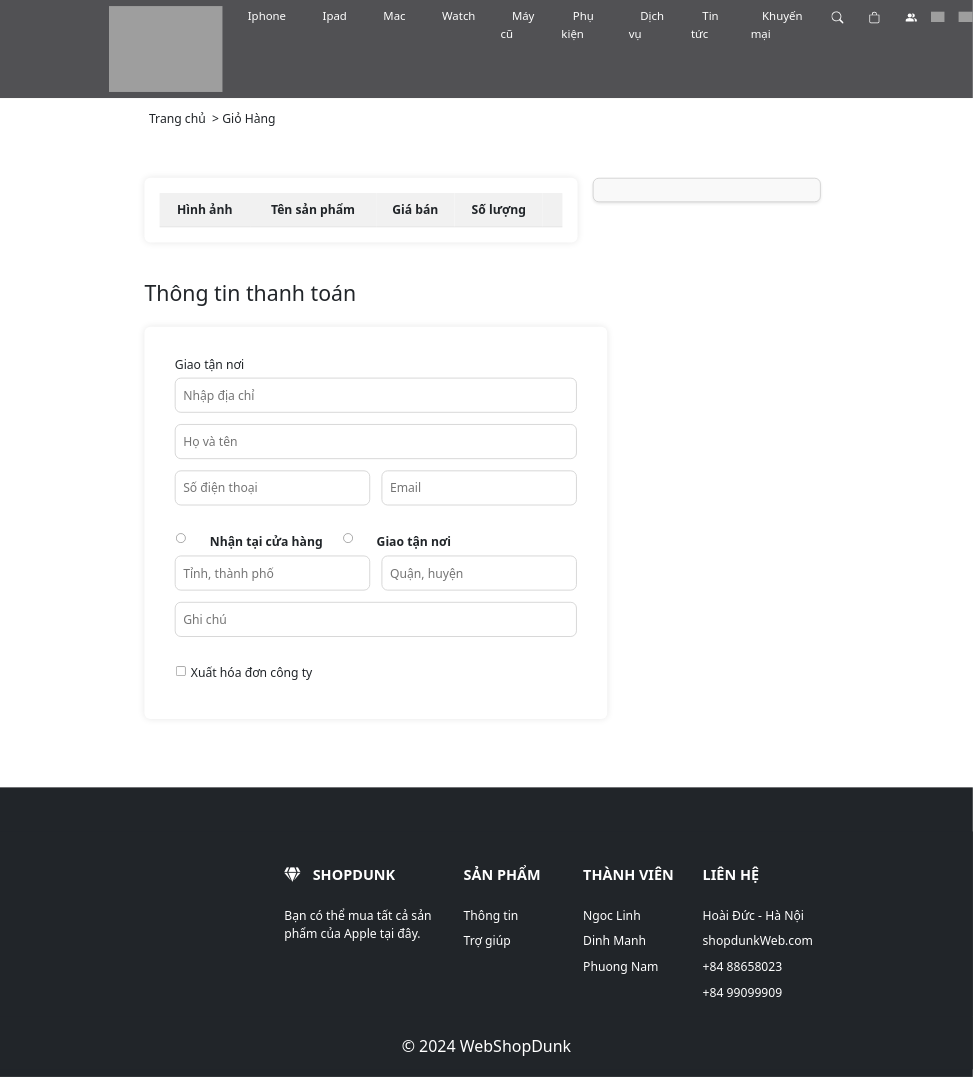
Repository: 20092004nam2k4/FE-ShopDunk
Page: /cart
The author's editor kept a copy of each file at every save. The page is drawn from the files as they stood at one save, then again after a run of saves.
The browser window is 1280 px wide. The pictures show the whole page, at 76% of full size.
Pictures or frames that could not be fetched are drawn as grey boxes. The page's requests for data from a server got no answer. The project was rebuilt for these pictures with package versions that can differ from the ones it lists, and the page was loaded fresh each time. No one was signed in, and anything a server would have sent is missing. Also part of the build but not shown: src/component/common/SlideImage.css, src/component/common/SlideImage.js, src/component/product/ProductList.js, src/component/product/ProductDetail.css, src/component/product/ProductDetail.js, src/component/user/LoginUser.js, src/component/user/UserProfile.js, src/component/user/RegistrationForm.css and 2 more.

Above is the page before, as saved 2024-06-25 16:44:40.

### src/component/cart/CartPage.js
import React, { useState, useEffect } from "react";
import axios from "axios";
import "./CartPage.css";

const CartPage = () => {
  const [cartItems, setCartItems] = useState([]);
  const [userName, setUserName] = useState("");

  useEffect(() => {
    const user = sessionStorage.getItem("user");
    setUserName(user);
    fetchCartItems(user);
  }, [userName]); // Thêm userName vào dependency array để theo dõi sự thay đổi của userName

  const fetchCartItems = (username) => {
    axios
      .get(`http://localhost:8090/api/products/cart/${username}`)
      .then((response) => {
        setCartItems(response.data);
      })
      .catch((error) => {
        console.error("Error fetching cart items:", error);
      });
  };

  const removeFromCart = (id) => {
    axios
      .delete(`http://localhost:8090/api/products/removeFromCart/${id}`)
      .then(() => {
        fetchCartItems(userName); // Gọi lại fetchCartItems sau khi xóa sản phẩm thành công
      })
      .catch((error) => {
        console.error("Error removing product from cart:", error);
      });
  };

  const updateQuantity = (id, newQuantity) => {
    if (newQuantity <= 0) {
      removeFromCart(id);
      return;
    }

    axios
      .put(
        `http://localhost:8090/api/products/updateCart/${id}`,
        null,
        { params: { quantity: newQuantity } }
      )
      .then(() => {
        fetchCartItems(userName); // Gọi lại fetchCartItems sau khi cập nhật số lượng thành công
      })
      .catch((error) => {
        console.error("Error updating product quantity:", error);
      });
  };

  const calculateSubtotal = () => {
    return cartItems.reduce(
      (sum, item) => sum + item.product.price * item.quantity,
      0
    );
  };

  const calculateTotal = () => {
    return calculateSubtotal();
  };

  return (
    <>

      <div className="cart-page">
        <div className="title-header">
          <p>Trang chủ &nbsp;&gt; Giỏ Hàng</p>
        </div>
        <div className="tong">
          <div className="left">
            <div className="cart-detail">
              <table className="cart">
                <thead>
                  <tr>
                    <th>Hình ảnh</th>
                    <th>Tên sản phẩm</th>
                    <th>Giá bán</th>
                    <th className="quantity-text">Số lượng</th>
                    <th></th>
                  </tr>
                </thead>
                <tbody>
                  {cartItems.map((item) => (
                    <tr key={item.id}>
                      <td>
                        <a href={`/product/${item.product.id}`}>
                          <img
                            alt={`Ảnh của ${item.product.name}`}
                            src={`http://localhost:8090/image/${item.product.image}`}
                            title={`Hiển thị chi tiết cho ${item.product.name}`}
                          />
                        </a>
                      </td>
                      <td className="product">
                        <a href={`/product/${item.product.id}`} className="product-name">
                          {item.product.name}
                        </a>
                      </td>
                      <td className="unit-price">
                        <span className="product-unit-price">
                          {parseInt(item.product.price).toLocaleString()}₫
                        </span>
                      </td>
                      <td className="quantity">
                        <div className="cart-quantity-input-container">
                          <button
                            className="quantity-button"
                            onClick={() => updateQuantity(item.id, item.quantity - 1)}
                          >
                            <i className="fas fa-minus"></i>
                          </button>
                          <input
                            className="input-text"
                            id={`quantity${item.id}`}
                            value={item.quantity}
                            size="4"
                            readOnly
                          />
                          <button
                            className="quantity-button"
                            onClick={() => updateQuantity(item.id, item.quantity + 1)}
                          >
                            <i className="fas fa-plus"></i>
                          </button>
                        </div>
                      </td>
                      <td className="remove-from-cart">
                        <button
                          onClick={() => removeFromCart(item.id)}
                          className="remove-button"
                        >
                          <i className="fas fa-trash-alt"></i>
                        </button>
                      </td>
                    </tr>
                  ))}
                </tbody>
              </table>
            </div>
          </div>


          <div className="deals">
            <div className="coupon-box">

            </div>
          </div>
        </div>
      </div>



      <div className="thanhtoan">
        <h3>Thông tin thanh toán</h3>
      </div>
      <div className="tong-bot">
        <div className="left">
          <div className="enter-address bg-white">
            <h6>Giao tận nơi</h6>
            <input placeholder="Nhập địa chỉ"></input>
            <input placeholder="Họ và tên"></input>
            <div className="half-inputs">
              <input placeholder="Số điện thoại"></input>
              <input placeholder="Email"></input>
            </div>
            <div className="edit-address">
              <div className="delivery-method">
                <input type="radio" id="receive-store" name="receive-method" value="store"></input>
                <label htmlFor="receive-store">Nhận tại cửa hàng</label>
                <input type="radio" id="receive-delivery" name="receive-method" value="delivery"></input>
                <label htmlFor="receive-delivery">Giao tận nơi</label>
              </div>
              <div className="half-inputs">
                <input placeholder="Tỉnh, thành phố"></input>
                <input placeholder="Quận, huyện"></input>
              </div>
              <div>
                <input placeholder="Ghi chú"></input>
              </div>
              <div className="edit-address">
                <input type="checkbox" id="company-invoice" name="company-invoice" value="company-invoice"></input>Xuất hóa đơn công ty
              </div>
            </div>
          </div>
        </div>
      </div>
      <footer className="text-center text-lg-start bg-dark text-white footerMain">
        <section className="bg-dark" style={{ height: "243px" }}>
          <div className="container text-center text-md-start mt-5 textFooter">
            <div className="row mt-3">
              <div
                className="col-md-3 col-lg-4 col-xl-3 text-left mb-4"
                style={{ marginLeft: "104px" }}
              >
                <h6
                  className="text-uppercase fw-bold mb-4"
                  style={{ fontSize: "19px" }}
                >
                  <i className="fas fa-gem me-3" />
                  Shopdunk
                </h6>
                <p style={{ fontSize: "16px" }}>
                  Bạn có thể mua tất cả sản phẩm của Apple tại đây.
                </p>
              </div>
              <div className="col-md-2 col-lg-2 col-xl-2 text-left mb-4">
                <h6
                  className="text-uppercase fw-bold mb-4"
                  style={{ fontSize: "19px" }}
                >
                  Sản phẩm
                </h6>
                <p style={{ fontSize: "16px" }}>Thông tin</p>
                <p style={{ fontSize: "16px" }}>Trợ giúp</p>
              </div>
              <div className="col-md-3 col-lg-2 col-xl-2 text-left mb-4">
                <h6
                  className="text-uppercase fw-bold mb-4"
                  style={{ fontSize: "19px" }}
                >
                  Thành viên
                </h6>
                <p style={{ fontSize: "16px" }}>Ngoc Linh</p>
                <p style={{ fontSize: "16px" }}>Dinh Manh</p>
                <p style={{ fontSize: "16px" }}>Phuong Nam</p>
              </div>
              <div className="col-md-4 col-lg-3 col-xl-3 text-left mb-md-0 mb-4">
                <h6
                  className="text-uppercase fw-bold mb-4"
                  style={{ fontSize: "19px" }}
                >
                  Liên hệ
                </h6>
                <p style={{ fontSize: "16px" }}>Hoài Đức - Hà Nội</p>
                <p style={{ fontSize: "16px" }}>shopdunkWeb.com</p>
                <p style={{ fontSize: "16px" }}>+84 88658023</p>
                <p style={{ fontSize: "16px" }}>+84 99099909</p>
              </div>
            </div>
          </div>
        </section>
        <div
          className="text-center p-4 bg-dark"
          style={{
            backgroundColor: "#40474b",
            height: "70px",
            fontSize: "21px",
            textAlign: "center",
          }}
        >
          © 2024 WebShopDunk
        </div>
      </footer>
    </>

  );
};

export default CartPage;

### src/component/common/Navbar.css
.navbar {
  background-color: #515154;
  padding: 10px;
  position: relative; /* Thêm thuộc tính position relative */
}

.navbar-links {
  list-style: none;
  display: flex;
  justify-content: center;
  max-width: 1400px;
  margin: 0;
padding-left: 125px;
 position: relative; /* Thêm thuộc tính position relative */
  z-index: 1; /* Đảm bảo navbar hiển thị trên cùng */
}

.navbar-links li {
  padding-left: 18px;
}

.navbar-links a {
  color: white;
  text-decoration: none;
  padding: 10px 15px 25px;
  transition: background-color 0.3s;
  font-size: 15px;
}

.navbar-links a:hover {
  background-color: #6a6969;
}

.imageIcon {
  width: 150px;
}

.icon-bag,
.icon-people,
.icon-search {
  color: white;
  height: 30px;
}

.imageIconVN {
  height: 14px;
}

.dropdown-menu {
  position: absolute;
  top: 100%; /* Hiển thị menu dropdown bên dưới navbar */
  left: 0;
  background-color: #515154;
  min-width: 200px; /* Độ rộng tối thiểu của dropdown menu */
  z-index: 10; /* Đảm bảo menu dropdown hiển thị trên cùng */
  box-shadow: 0px 8px 16px rgba(0, 0, 0, 0.2); /* Đổ bóng cho dropdown menu */
  display: none; /* Ẩn dropdown menu mặc định */
}

.dropdown-menu.active {
  display: block; /* Hiển thị dropdown menu khi active */
}

.dropdown-menu a {
  color: white;
  text-decoration: none;
  padding: 15px;
  display: block;
  transition: background-color 0.3s;
}

.dropdown-menu a:hover {
  background-color: #7f7d7d;
}

### src/component/user/Login.css
body {
    font-family: sans-serif;
    /* display: flex; */
    justify-content: center;
    align-items: center;
    min-height: 100vh;
    background-color: #f5f5f5;
  }
  .userName-login{
    margin-top: 25px;
  }



  .left-side {
    width: 50%;
    display: flex;
    justify-content: center;
    align-items: center;
    margin-top: 90px;
  }

  .right-side {
    width: 50%;
    padding: 20px;
    margin-top: 90px;
  }

  .left-side img {
    width: 100%;
    max-width: 600px;
    height: 350px;
  }

  h2 {
    margin-bottom: 20px;
  }

  input[type="text"],
  input[type="password"] {
    width: 100%;
    padding: 10px;
    margin-bottom: 15px;
    border: 1px solid #ddd;
    border-radius: 10px;
    box-sizing: border-box;
  }

  input[type="checkbox"] {
    margin-right: 5px;
  }

  button {
    background-color: #007bff;
    color: #fff;
    padding: 10px 20px;
    border: none;
    border-radius: 3px;
    cursor: pointer;
    width: 100%;
  }

  .link {
    display: block;
    text-align: center;
    margin-top: 15px;
    color: #007bff;
    text-decoration: none;
  }

  .footerMain{
margin-top: 200px;
  }
  .textFooter{
    padding-left: 200px !important;
  }
  .textToRegister{
    margin-top: 15px;
  }

### src/component/user/UserProfile.css
    /* Reset CSS */
    * {
        box-sizing: border-box;
        margin: 0;
        padding: 0;
    }

    body {
        font-family: Arial, Helvetica, sans-serif;
        background-color: #f5f5f7; /* Updated background color */
    }

    .page-container {
        padding: 20px;
        background-color: #f5f5f7; /* Background color for the page */
    }

    .container {
        display: flex;
        justify-content: space-between;
        margin: 30px auto;
        width: 80%;
        /* gap: 30px;  */
    }

    .navigation {
        width: 25%;
        background-color: #fff;
        padding: 20px;
        border-radius: 10px;
        border: 1px solid #ddd; /* Border for left div */
        box-shadow: 0 0 10px rgba(0, 0, 0, 0.1); /* Optional: for a subtle shadow effect */
        margin-left: 50px;
    }

    .navigation ul {
        padding-left: 0; /* Reset padding */
        list-style: none; /* Remove bullet points */
    }

    .navigation li {
        padding: 10px 0;
        border-bottom: 1px solid #ddd;
    }

    .navigation li:last-child {
        border-bottom: none;
    }

    .navigation li a {
        color: #333;
        text-decoration: none;
        display: flex;
        align-items: center;
    }

    .navigation li a i {
        margin-right: 10px;
        font-size: 1.2em;
    }

    .form {
        width: calc(70% - 100px); /* Reduced width by 100px */
        background-color: #fff;
        padding: 20px;
        border-radius: 10px;
        border: 1px solid #ddd; /* Border for right div */
        box-shadow: 0 0 10px rgba(0, 0, 0, 0.1); /* Optional: for a subtle shadow effect */
        display: flex;
        flex-direction: column;
        height: calc(100% + 70px); /* Increased height by 70px */
        margin-right: 90px;
    }

    .form-row {
        display: flex;
        justify-content: space-between;
        align-items: center;
        margin-bottom: 15px;
    }

    .form-row label {
        flex: 1;
    }

    .form-row input,
    .form-row select {
        flex: 2;
        padding: 10px;
        border: 1px solid #ddd;
        border-radius: 5px;
    }

    .form-row .input-group {
        display: flex;
        flex-direction: column;
        margin-bottom: 15px;
    }

    .form-row .input-group input {
        margin-top: 10px;
    }

    .input-email {
        padding-left: 20px;
    }

    .input-gender {
        display: flex;
        align-items: center;
        padding-left: 20px;
    }

    .input-gender > div {
        display: flex;
        align-items: center;
        margin-right: 20px;
    }

    .input-gender label {
        margin-left: 5px;
        margin-right: 15px; /* Adjust spacing between the labels and inputs */
    }

    .form-row.birthday-row {
        display: flex;
        justify-content: space-between;
        align-items: center;
        margin-bottom: 15px;
    }

    .form-row.birthday-row label {
        flex: 1;
    }

    .form-row.birthday-row select {
        flex: 1;
        padding: 10px;
        border: 1px solid #ddd;
        border-radius: 5px;
    }

    .form button {
        background-color: #0066cc;
        color: white;
        padding: 10px 20px;
        border: none;
        border-radius: 5px;
        cursor: pointer;
        width: 124px;
        height: 43px;
        margin: 0 auto; /* Add this line to center the button */
        margin-top: 10px;
    }

    .newsletter {
        text-align: center;
        margin-top: 50px;
    }

    .footerMain {
        text-align: center;
        background-color: #333;
        color: #fff;
        padding: 10px 0;
    }

    .newsletter .input-group {
        width: auto;
        display: inline-flex;
        border-radius: 20px;
        margin-top: 20px;
    }

    .newsletter .input-group .form-control {
        width: 500px;
        height: 50px;
        border-radius: 20px;
    }

    .newsletter .input-group .btn {
        width: 100px;
        background-color: #0066cc;
        color: white;
        border: none;
        border-radius: 20px;
        height: 50px;

    }

    .text-email {
        margin-top: 21px;
    }
    .radio-male{
        margin-left: -48px;

    }
    .text-user{
        margin-right: 580px;
        padding-top: 17px;
    }
    .text-male{
        padding-top: 9px;
    margin-right: 234px;
    }
    .text-female{
        padding-top: 8px;
    }
    .email-info{
        padding-top: 10px;
    }
    .email-text{
        margin-bottom: 24px;
    }

### src/component/product/ProductCart.css
.product-list {
  display: flex;
  flex-wrap: wrap;
  justify-content: center;
}
.product-card img {
  max-width: 100%;
  height: auto;
}
.tittleIphone {
  text-align: center;
  margin-top: 38px;
  margin-bottom: 20px;
}
.a-category {
  text-align: center;
  margin-top: 20px;
}
.custom-blue {
  color: #0066cc !important;
  border-color: #0066cc !important;
}
.custom-blue:hover {
  color: #fff !important;
  background-color: #0066cc !important;
}
.button-text {
  font-size: 17px;
}
.product-card {
  width: 271px;
  height: 430px;
  display: flex;
  flex-direction: column;
  align-items: center;
  justify-content: space-between;
  border: 1px solid #ddd;
  padding: 10px;
  margin: 10px;
  box-shadow: 0 4px 8px rgba(0, 0, 0, 0.1); /* Thêm đổ bóng để đẹp hơn */
  border-radius: 5px;
  color: white;
}
.product-name {
  font-weight: bold;
}
.product-price-wrapper {
  display: flex;
  align-items: center;
  gap: 10px;
}
.product-discounted-price {
  font-weight: 700;
  font-size: 16px;
  line-height: 24px;
  color: #0066cc;
}
.product-original-price-wrapper {
  display: flex;
  align-items: center;
}
.product-price {
  color: #6c757d; /* Màu đen nhạt */
  text-decoration: line-through;
  font-size: 16px;
  margin-right: 5px; /* Khoảng cách giữa giá cũ và tag giảm giá */
}
.discount-tag {
  color: #6c757d; /* Màu đen nhạt */
  font-size: 16px;
}
.img-info {
  width: 1200px;
  height: 401px;
}
.info-banner {
  text-align: center;
  margin-top: 80px;
}
.bg-dark {
  background-color: #575757 !important;
}
.text-white {
  color: #fff !important;
}
.border-bottom {
  border-color: rgba(255, 255, 255, 0.1) !important;
}
.footer-links a {
  color: #fff !important;
}
.footer-links a:hover {
  color: #ddd !important;
}
.footerMain {
  margin-top: 90px;
}
.product-card-link {
  text-decoration: none;
  color: inherit; /* Optional: Inherit color to prevent default link color */
}
.textFooter{
  padding-top: 30px;
}

.carousel {
  margin-top: 20px;
  margin-bottom: 20px; /* Để tạo khoảng cách giữa carousel và danh sách sản phẩm */
  padding: 0 210px; /* Thu nhỏ carousel vào 100px mỗi bên */
}

.carousel-inner {
  width: 100%; /* Đảm bảo width của carousel vẫn 100% */
  margin: auto; /* Căn giữa carousel */
}
.carousel-control {
  padding: 0 230px; /* Đặt khoảng cách 20px giữa các nút chuyển ảnh */
}
.category-products-container {
  background-color: #f5f5f7; /* Màu nền của trang */
}
.tittle-headerCategory{
  background-color: white;
  margin-left: 210px;
  padding-top: 15px;
  color: #6c757d;
  padding-bottom: -10px;
}
.cart-quantity-input-container {
  display: flex;
  align-items: center;
  justify-content: center;
  gap: 5px; /* Adjust gap between elements */
}

.quantity-btn {
  background-color: #0066CC; /* Button background color */
  color: #fff; /* Button text color */
  border: none; /* Remove default border */
  border-radius: 4px; /* Rounded corners */
  width: 30px; /* Button width */
  height: 30px; /* Button height */
  display: flex; /* Center text horizontally */
  align-items: center; /* Center text vertically */
  justify-content: center; /* Center text horizontally */
  font-size: 18px; /* Increase font size */
  cursor: pointer; /* Change cursor on hover */
}

.quantity-btn:hover {
  background-color: #005bb5; /* Darken button color on hover */
}

.input-text {
  width: 40px; /* Adjust input width */
  text-align: center; /* Center text */
  border: 1px solid #ddd; /* Input border */
  border-radius: 4px; /* Rounded corners */
  padding: 5px; /* Input padding */
  font-size: 16px; /* Adjust font size */
}

Loaded but not shown: public/index.html (common file); src/index.js (common file); src/component/common/Navbar.js (148 lines, source omitted); src/App.js (47 lines, source omitted); src/context/AuthContext.js (34 lines, source omitted); src/component/cart/CartPage.css (406 lines, source omitted)

After the next 4 saves:
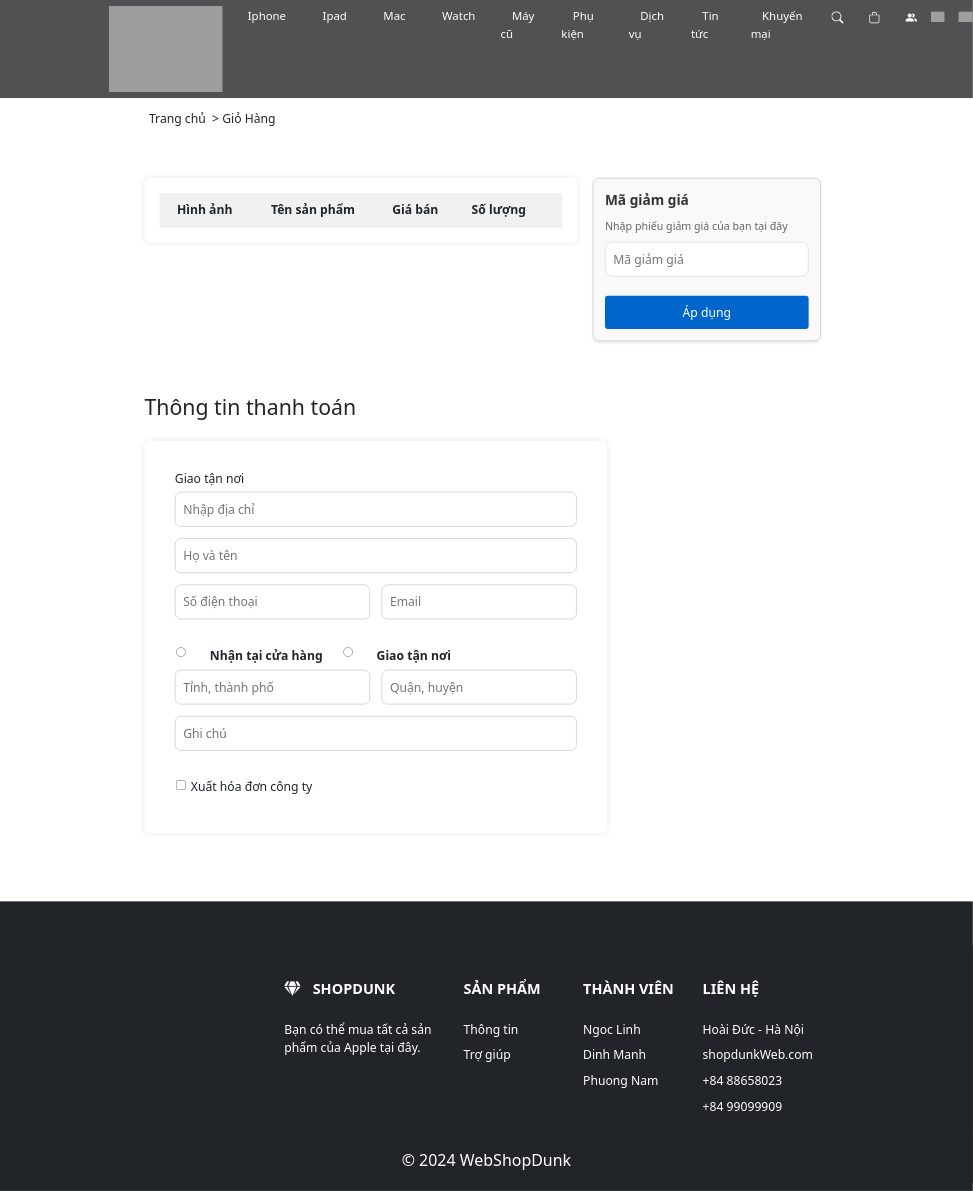
The 4 saves are shown as one change because 1 did not build or start and some came seconds apart.
The last was saved 15 s later.
--- a/src/component/cart/CartPage.js
+++ b/src/component/cart/CartPage.js
@@ -146,11 +146,26 @@
           </div>
 
 
-          <div className="deals">
-            <div className="coupon-box">
-
-            </div>
-          </div>
+          <div class="cart-collaterals">
+                                <div class="deals">
+                                        <div class="coupon-box">
+        <div class="title">
+            <strong>Mã giảm giá</strong>
+        </div>
+        <div class="hint">
+            Nhập phiếu giảm giá của bạn tại đây
+        </div>
+        <div class="coupon-code">
+            <input name="discountcouponcode" id="discountcouponcode" placeholder="Mã giảm giá" type="text" class="discount-coupon-code" aria-label="Nhập mã phiếu giảm giá"/>
+            <button type="submit" name="applydiscountcouponcode" id="applydiscountcouponcode" class="button-2 apply-discount-coupon-code-button">Áp dụng</button>
+        </div>
+    </div>
+
+
+
+
+                                </div>
+                            </div>
         </div>
       </div>
 
